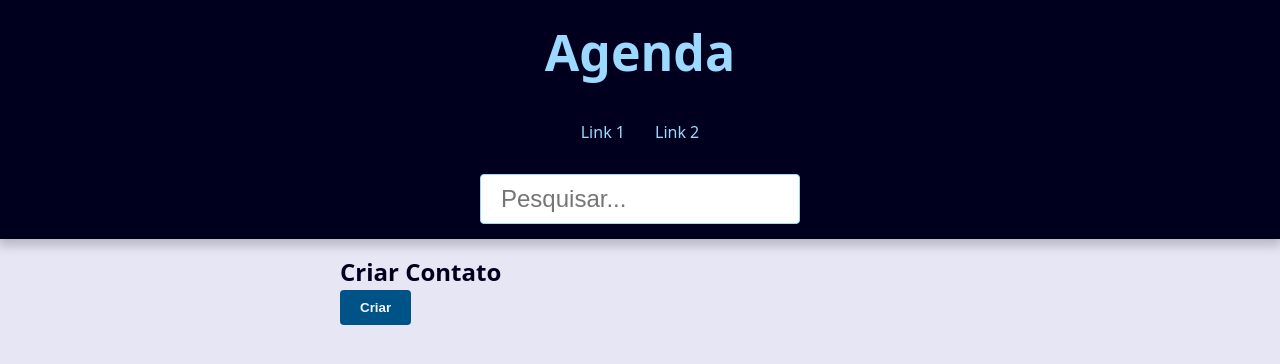
Repository: Anajuliabm248/Agenda
Page: http://localhost/contact/create/
These files come from the project's save history. The page is drawn as it stood at one moment and after the next save; the edit follows.
The browser window is 1280 px wide. The pictures show the whole page.
The page is served by the project's application, run on Django 5.2 (manage.py). Other server files are loaded and not shown.

Above is the page before, as saved 2026-05-03 15:50:44.

### contact/templates/contact/create.html
{% extends "global/base.html" %}

{% block content %}

<div class="form-wrapper">
    <h2>Criar Contato</h2>

    <!-- enctype serve para indicar que o formulário pode enviar arquivos, como imagens ou documentos. -->
    <form action="{% url 'contact:create' %}" method="POST" enctype="multipart/form-data">
        <!-- proteção contra ataques CSRF (Cross-Site Request Forgery) -->
        {% csrf_token %}

        <button class="btn" type="submit">Criar</button>
    </form>
</div>

{% endblock content %}

### base_templates/global/base.html
{% load static %}
<!DOCTYPE html>
<html lang="pt_BR">
<head>
    <meta charset="UTF-8">
    <title>{% block title %}{{ title }}{% endblock title %}</title>
    <link rel="stylesheet" href="{% static 'global/css/styles.css' %}">
</head>
<body>

    {% include 'global/partials/_header.html' %}

    {% block content %}

    {% endblock content %}

</body>
</html>

### base_templates/global/partials/_header.html
<header class="header">
        <h1 class="header-heading">
            <a href="{% url 'contact:index' %}" class="header-link">Agenda</a>
        </h1>
        <nav class="menu">
            <ul class="menu-list">
                <li class="menu-item">
                    <a href="" class="menu-link">Link 1</a>
                </li>
                <li class="menu-item">
                    <a href="" class="menu-link">Link 2</a>
            </ul>
        </nav>

        <div class="search">
            <form action="{% url 'contact:search' %}" method="GET">
                <input type="text" name="q" id="search" class="search-input" placeholder="Pesquisar..." value="{{ search_value }}">
            </form>
        </div>
    </header>

### contact/views/contact_forms.py

from django.shortcuts import redirect, render, get_object_or_404
from contact.models import Contact
from django.db.models import Q
from django.core.paginator import Paginator
from django import forms #classe para criar formulários personalizados
# Create your views here.

# Formulário para criar um contato
class ContactForm(forms.ModelForm):
    #a classe Meta é usada para configurar o formulário, indicando qual modelo ele representa e quais campos devem ser incluídos no formulário.
    class Meta:
        model = Contact
        fields = (
        'first_name',
        'last_name',
        'email',
        'phone',
        )

def create(request):
    context= {
        'form': ContactForm()
    }

    return render(
        request,
        'contact/create.html',
        context
    )

### Agenda/urls.py
"""
URL configuration for Agenda project.

The `urlpatterns` list routes URLs to views. For more information please see:
    https://docs.djangoproject.com/en/6.0/topics/http/urls/
Examples:
Function views
    1. Add an import:  from my_app import views
    2. Add a URL to urlpatterns:  path('', views.home, name='home')
Class-based views
    1. Add an import:  from other_app.views import Home
    2. Add a URL to urlpatterns:  path('', Home.as_view(), name='home')
Including another URLconf
    1. Import the include() function: from django.urls import include, path
    2. Add a URL to urlpatterns:  path('blog/', include('blog.urls'))
"""
from django.contrib import admin
from django.urls import path, include
from django.conf.urls.static import static
from django.conf import settings


urlpatterns = [
    path('admin/', admin.site.urls),
    path('', include('contact.urls'))
]

urlpatterns += static(settings.MEDIA_URL, document_root=settings.MEDIA_ROOT)
urlpatterns += static(settings.STATIC_URL, document_root=settings.STATIC_ROOT)

### contact/urls.py
from django.urls import path
from contact import views

app_name = 'contact'

urlpatterns = [
    path('', views.index, name='index'),
    path('search/', views.search, name='search'),
    #crud de contatos
    path('contact/<int:contact_id>/detail/', views.contact, name='contact'),
    path('contact/create/', views.create, name='create'),
]

### base_static/global/css/styles.css
:root {
  --spacing: 1.5rem;
  --link-dark-color: rgb(0, 83, 134);
  --link-light-color: rgb(156, 217, 255);
  --clr-white: rgb(245, 245, 255);
  --clr-black: rgb(0, 0, 30);
  --clr-light-gray: rgb(230, 230, 245);
  --clr-dark-shadow-5: rgba(0, 0, 10, 5%);
  --clr-dark-shadow-10: rgba(0, 0, 10, 10%);
  --clr-dark-shadow-20: rgba(0, 0, 10, 20%);
  --clr-light-shadow-5: rgba(200, 200, 255, 5%);
  --clr-light-shadow-10: rgba(200, 200, 255, 10%);
  --clr-light-shadow-20: rgba(200, 200, 255, 20%);
  --main-page-width: 120rem;
  --table-min-width: 60rem;
  --biggest-font-size: 5rem;
  --bigger-font-size: 4rem;
  --big-font-size: 3.2rem;
  --medium-font-size: 2.4rem;
  --small-font-size: 1.6rem;
  --smaller-font-size: 1.4rem;
  --smallest-font-size: 1.2rem;
  --transition-fast: 300ms;
  --transition-medium: 600ms;
  --transition-slow: 1s;
  --default-border-radius: 4px;
}

*,
*::before,
*::after {
  margin: 0;
  padding: 0;
  box-sizing: border-box;
}

html {
  font-size: 62.5%;
}

body {
  font-family: system-ui, -apple-system, BlinkMacSystemFont, 'Segoe UI', Roboto,
    Oxygen, Ubuntu, Cantarell, 'Open Sans', 'Helvetica Neue', sans-serif;
  line-height: 1.5;
  font-size: var(--small-font-size);
  color: var(--clr-black);
  -webkit-font-smoothing: antialiased;
  background: var(--clr-light-gray);
}

img,
svg {
  display: block;
  max-width: 100%;
}

.header {
  background: var(--clr-black);
  padding: var(--spacing);
  box-shadow: 0 5px 10px 2px var(--clr-dark-shadow-20);
  z-index: 1;
  position: relative;
}

.header-heading {
  font-size: var(--biggest-font-size);
  text-align: center;
}

.header-link {
  color: var(--link-light-color);
  text-decoration: none;
  transition: filter var(--transition-fast) ease-in-out;
}

.header-link:hover {
  filter: brightness(70%);
}

.menu {
  margin: var(--spacing);
}

.menu-list {
  list-style: none;
  display: flex;
  justify-content: center;
  flex-flow: row wrap;
}

.menu-link {
  display: block;
  padding: var(--spacing);
  color: var(--link-light-color);
  text-decoration: none;
  transition: background-color var(--transition-fast) ease-in-out;
  border-radius: var(--default-border-radius);
}

.menu-link:hover {
  background: var(--clr-light-shadow-10);
}

.content {
  max-width: var(--main-page-width);
  margin: calc(var(--spacing) * 2) auto;
  padding: var(--spacing);
  background: var(--clr-white);
  box-shadow: 2px 2px 5px var(--clr-dark-shadow-20);
  border-radius: var(--default-border-radius);
}

.responsive-table {
  width: 100%;
  overflow-x: auto;
}

.contacts-table {
  width: 100%;
  min-width: var(--table-min-width);
  border-collapse: collapse;
}

.table-caption {
  font-size: var(--medium-font-size);
  font-weight: bold;
  padding: var(--spacing);
}

.table-row {
  text-align: left;
  text-overflow: ellipsis;
  transition: background-color var(--transition-fast) ease-in-out;
}

.table-row:nth-of-type(2n) {
  background: var(--clr-dark-shadow-5);
}

.table-row:not(.table-row-header):hover {
  background: var(--clr-dark-shadow-10);
}

.table-row-header {
  background: var(--clr-light-gray);
  color: var(--clr-black);
}

.table-cel,
.table-header {
  padding: var(--spacing);
}

.table-link {
  color: var(--link-dark-color);
  transition: color var(--transition-fast) ease-in-out;
  text-decoration: none;
}

.table-link:hover {
  color: var(--clr-black);
}

@media (min-width: 600px) {
  .single-contact {
    max-width: 80%;
    margin: calc(var(--spacing) * 2) auto;
  }
}

.single-contact h1 {
  margin: 1rem 0;
}

.single-contact p {
  margin: 1rem 0;
}

.pagination {
  margin-top: var(--spacing);
  display: flex;
  justify-content: center;
  padding: calc(var(--spacing) * 0.8);
  font-size: var(--small-font-size);
}

.pagination .step-links {
  display: flex;
  gap: calc(var(--spacing) * 0.8);
}

.pagination .step-links a {
  color: var(--link-dark-color);
  transition: color var(--transition-fast) ease-in-out;
  text-decoration: none;
  display: block;
}

.search {
  display: flex;
  justify-content: center;
}

.search-input {
  font-size: var(--medium-font-size);
  padding: 1rem 2rem;
  width: 100%;
  max-width: 32rem;
  border-radius: var(--default-border-radius);
  border: 1px solid var(--link-light-color);
}

.search-input:focus {
  box-shadow: 0 0 15px var(--link-light-color);
}

.message {
  max-width: 600px;
  margin: var(--spacing) auto;
  margin-top: calc(var(--spacing) * 2);
  padding: var(--spacing);
  text-align: center;
  border-radius: var(--default-border-radius);
  font-size: var(--smaller-font-size);
}

.message.success {
  background: rgba(0, 255, 0, 0.3);
  border: 1px solid rgba(0, 255, 0, 90%);
}

.message.error {
  background: rgba(255, 0, 0, 0.3);
  border: 1px solid rgba(255, 0, 0, 90%);
}

.message.warning {
  background: rgba(255, 255, 0, 0.3);
  border: 1px solid rgba(255, 255, 0, 90%);
}

.form-wrapper {
  max-width: 60rem;
  margin: var(--spacing) auto;
}

.form-content {
  margin: var(--spacing) 0;
}

.form-group {
  display: flex;
  flex-direction: column;
  padding-bottom: var(--spacing);
}
.errorlist {
  list-style: none;
  font-size: var(--smaller-font-size);
  color: tomato;
}
.errorlist.nonfield {
  color: inherit;
}

.form-group p {
  margin: 1em 0;
}

.form-group .help-text,
.form-group .help-text ~ ul {
  margin: 0;
  font-size: var(--smallest-font-size);
  list-style: none;
}

.form-group input,
.form-group textarea,
.form-group select {
  padding: 1rem;
  border-radius: var(--default-border-radius);
  border: 1px solid var(--link-dark-color);
}

.form-group input:focus,
.form-group textarea:focus,
.form-group select:focus {
  outline: none;
  box-shadow: 0 0 5px var(--link-dark-color);
}

.form-group label {
  font-size: var(--smaller-font-size);
}

.btn {
  background-color: var(--link-dark-color);
  color: var(--clr-white);
  font-weight: bold;
  border: none;
  padding: 1rem 2rem;
  border-radius: var(--default-border-radius);
  cursor: pointer;
  transition: filter var(--transition-fast) ease-in-out;
}

.btn:hover {
  filter: brightness(90%);
}

.btn:focus,
.btn:active {
  filter: brightness(80%);
  box-shadow: 0 0 5px var(--link-dark-color);
}

Loaded but not shown: contact/models.py (common file)

After the next save:
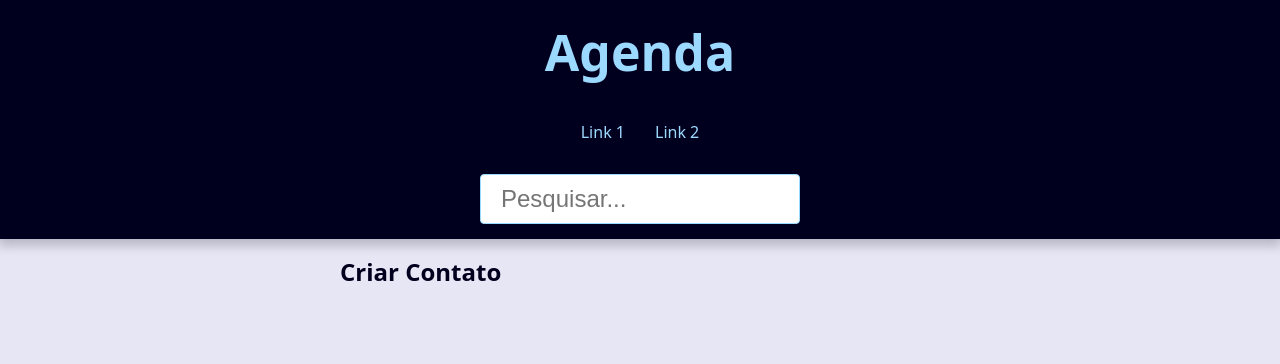
Saved 12 s later.
--- a/contact/templates/contact/create.html
+++ b/contact/templates/contact/create.html
@@ -10,7 +10,6 @@
         <!-- proteção contra ataques CSRF (Cross-Site Request Forgery) -->
         {% csrf_token %}
 
-        <button class="btn" type="submit">Criar</button>
     </form>
 </div>
 
